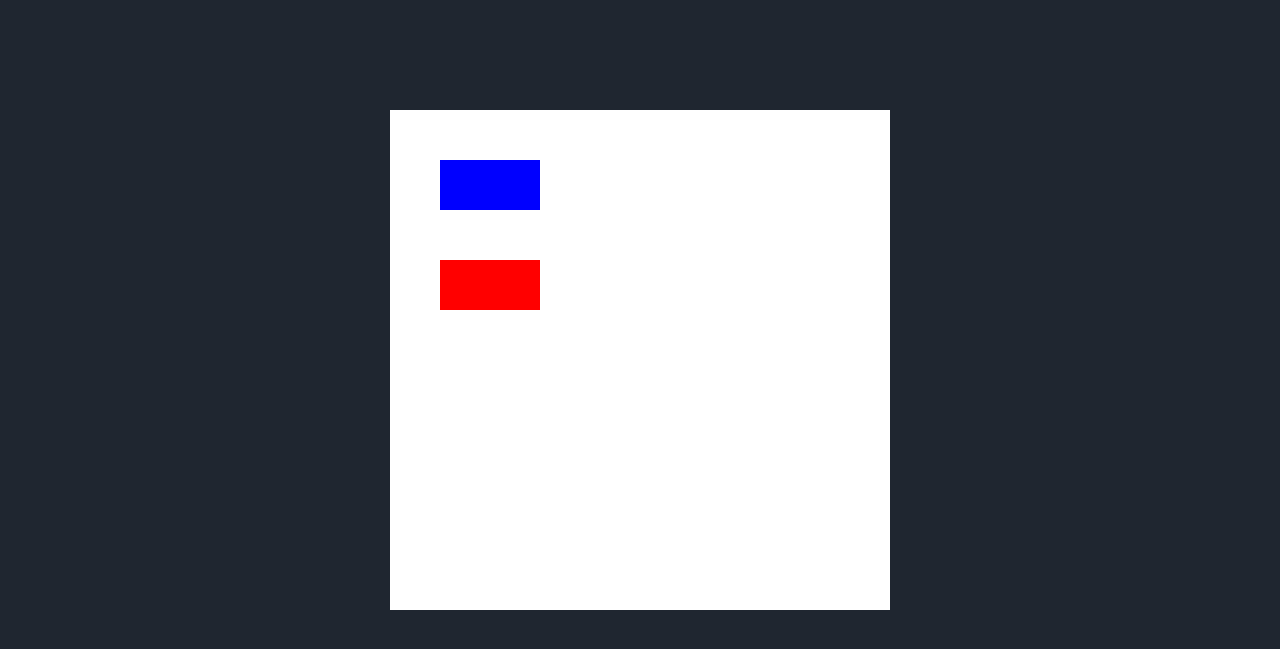
Repository: thecodeholic/cst-javascript-course
Page: /
The author's editor kept a copy of each file at every save. The page is drawn from the files as they stood at one save, then again after the next save.
The browser window is 1280 px wide. The pictures show the whole page.
The project was rebuilt for these pictures with package versions that can differ from the ones it lists, and the page was loaded fresh each time.

Above is the page before, as saved 2020-11-25 10:33:19.

### index.html
<!doctype html>
<html lang="en">
  <head>
    <!-- Required meta tags -->
    <meta charset="utf-8">
    <meta name="viewport" content="width=device-width, initial-scale=1, shrink-to-fit=no">

    <!-- Bootstrap CSS -->
    <link rel="stylesheet" href="https://stackpath.bootstrapcdn.com/bootstrap/4.5.2/css/bootstrap.min.css" integrity="sha384-JcKb8q3iqJ61gNV9KGb8thSsNjpSL0n8PARn9HuZOnIxN0hoP+VmmDGMN5t9UJ0Z" crossorigin="anonymous">

    <title>Javascript Course</title>

    <link rel="stylesheet" href="app.css">
  </head>
  <body>
    <canvas id="myCanvas" width="500" height="500">Your browser does not support canvas</canvas>
    <script src="app.js"></script>
    <!-- <script src="homework.js"></script> -->
  </body>
</html>

### app.css
* {
    box-sizing: border-box;
}
html {
    height: 100%;
}

body {
    background-color: rgb(31, 38, 48);
    display: flex;
    align-items: center;
    justify-content: center;
    height: 100%;;
}

canvas {
    background-color: #FFF;

}

### app.js
// What is canvas?
// https://developer.mozilla.org/en-US/docs/Web/API/Canvas_API/Tutorial
// https://www.w3schools.com/html/html5_canvas.asp
// https://www.w3schools.com/graphics/canvas_intro.asp
// https://www.w3schools.com/graphics/canvas_reference.asp
// https://developer.mozilla.org/en-US/docs/Web/API/Canvas_API

// How to create it and use it
const canvas = document.getElementById('myCanvas');
const ctx = canvas.getContext('2d');

// Draw rectangles
// =================
// fillRect
ctx.fillStyle = 'blue';
ctx.fillRect(50, 50, 100, 50);

// ctx.translate(100, 100)
ctx.fillStyle = 'red';
ctx.fillRect(50, 150, 100, 50);

// // strokeRect
// ctx.strokeStyle = 'green';
// ctx.lineWidth = 4;
// ctx.strokeRect(200, 50, 100, 50);

// // clearRect
// ctx.clearRect(55, 55, 90, 40);

// // fillText
// ctx.font = '36px Arial';
// ctx.fillStyle = 'purple';
// ctx.fillText("Hello World", 200, 200)

// // strokeText
// ctx.lineWidth = 1;
// ctx.strokeText("Hello World", 200, 250);

// // Paths   beginPath, moveTo, lineTo, closePath, stroke, fill
// // ==============
// ctx.beginPath();
// ctx.moveTo(200, 300);
// ctx.lineTo(300, 300);
// ctx.lineTo(300, 400);
// ctx.closePath();
// ctx.stroke();

// // Arcs
// // ====================
// ctx.beginPath();
// ctx.lineWidth = 4;
// ctx.arc(100, 300, 50, 0, 2 * Math.PI);
// ctx.stroke();

// ctx.beginPath();
// ctx.moveTo(75, 25);
// ctx.quadraticCurveTo(25, 25, 25, 62.5);
// ctx.quadraticCurveTo(25, 100, 50, 100);
// ctx.quadraticCurveTo(50, 120, 30, 125);
// ctx.quadraticCurveTo(60, 120, 65, 100);
// ctx.quadraticCurveTo(125, 100, 125, 62.5);
// ctx.quadraticCurveTo(125, 25, 75, 25);
// ctx.stroke();

// Draw image
// ====================
// const image = new Image();
// image.src = 'char.png';
// image.onload = function() {
//     canvas.width = 100;
//     canvas.height = 100;
//     ctx.drawImage(image, 0, 0);
//     const data = ctx.getImageData(130, 130, 30, 30);
//     console.log(data);
//     ctx.putImageData(data, 200, 200);
// }

// Write text
// ====================

// Ball animation
// const ball = {
//     x: 100,
//     y: 100,
//     r: 20,
//     dx: 0,
//     dy: 0
// };


// function clear(){
//     ctx.clearRect(0, 0, canvas.width, canvas.height)
// }

// function drawBall() {
//     clear();
//     ctx.beginPath();

//     if (ball.x + ball.r >= canvas.width || ball.x - ball.r <= 0) {
//         ball.dx *= -1;
//     }
//     if (ball.y + ball.r >= canvas.height || ball.y - ball.r <= 0) {
//         ball.dy *= -1;
//     }

//     ctx.arc(ball.x, ball.y, ball.r, 0, 2 * Math.PI);
//     ctx.fillStyle = 'green'
//     ctx.fill();

//     ball.x += ball.dx;
//     ball.y += ball.dy;
// }

// function update() {
//     drawBall();

//     requestAnimationFrame(update);
// }

// document.addEventListener('keydown', function(ev) {
//     console.log(ev);
//     if (ev.key === 'ArrowRight') {
//         ball.dx = 3;
//     } else if (ev.key === 'ArrowLeft') {
//         ball.dx = -3;
//     } else if (ev.key === 'ArrowUp') {
//         ball.dy = -3;
//     } else if (ev.key === 'ArrowDown') {
//         ball.dy = 3;
//     }

// });

// document.addEventListener('keyup', function() {
//     ball.dx = 0;
//     ball.dy = 0;
// })

// update();

Loaded but not shown: src/index.js (no copy from this time; the picture is the same without it)

After the next save:
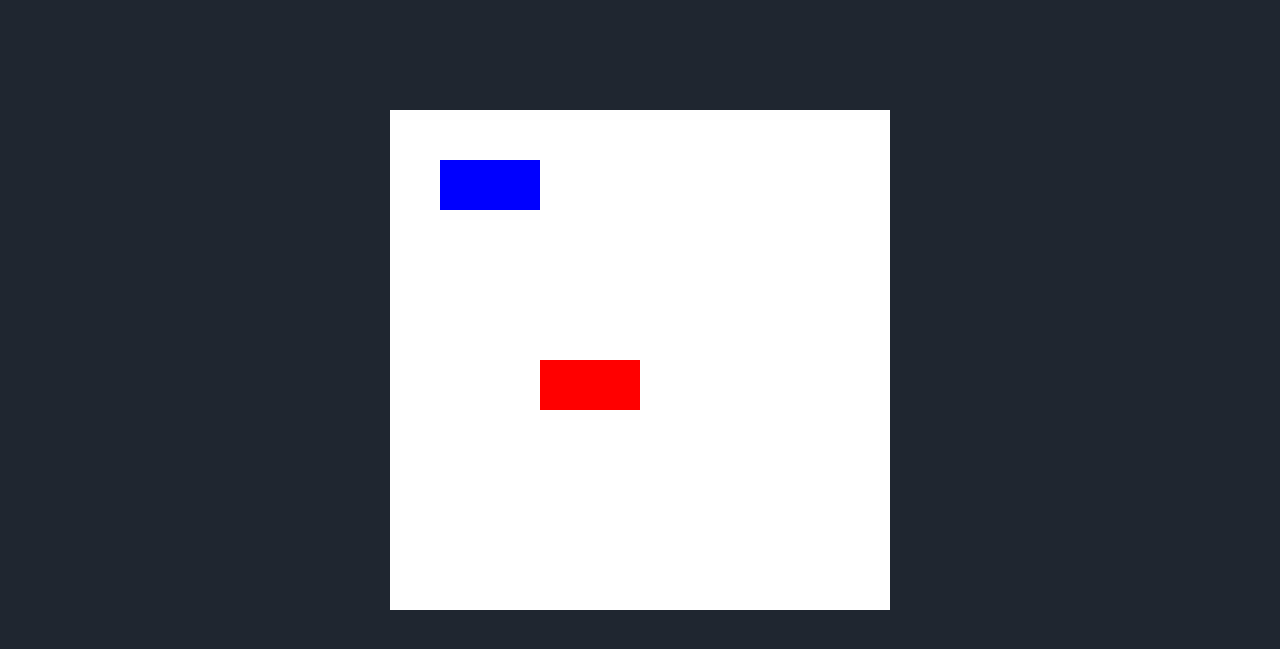
Saved 21 s later.
--- a/app.js
+++ b/app.js
@@ -15,7 +15,7 @@ const ctx = canvas.getContext('2d');
 ctx.fillStyle = 'blue';
 ctx.fillRect(50, 50, 100, 50);
 
-// ctx.translate(100, 100)
+ctx.translate(100, 100)
 ctx.fillStyle = 'red';
 ctx.fillRect(50, 150, 100, 50);
 
